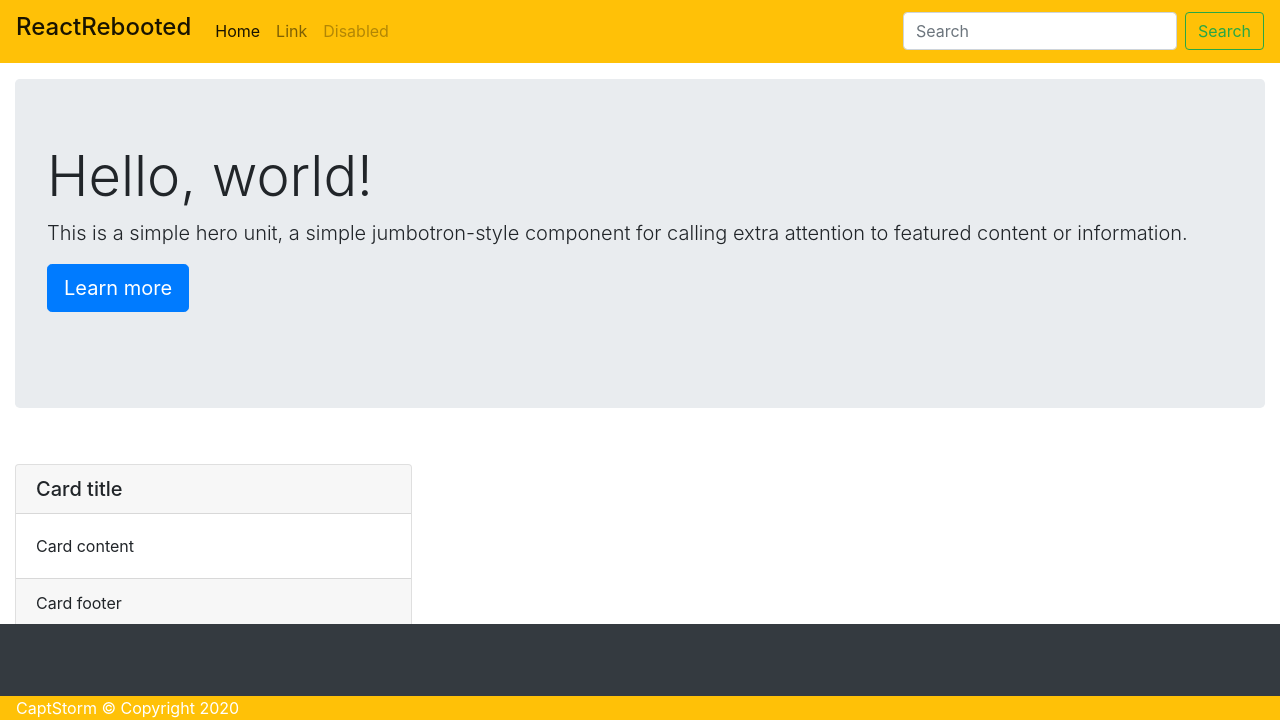
Repository: CaptainStorm21/complete-react16-bootstrap-passing-props
Page: /
The author's editor kept a copy of each file at every save. The page is drawn from the files as they stood at one save, then again after a run of saves.
The browser window is 1280 px wide. The pictures show the whole page.
The project was rebuilt for these pictures with package versions that can differ from the ones it lists, and the page was loaded fresh each time. Also part of the build but not shown: src/components/layout/Nav.css.

Above is the page before, as saved 2020-04-23 21:24:21.

### public/index.html
<!DOCTYPE html>
<html lang="en">
<head>
  <title>Bootstrap Example</title>
  <meta charset="utf-8">
  <meta name="viewport" content="width=device-width, initial-scale=1">
  <link rel="stylesheet" href="https://maxcdn.bootstrapcdn.com/bootstrap/4.4.1/css/bootstrap.min.css">
  <script src="https://ajax.googleapis.com/ajax/libs/jquery/3.4.1/jquery.min.js"></script>
  <script src="https://cdnjs.cloudflare.com/ajax/libs/popper.js/1.16.0/umd/popper.min.js"></script>
  <script src="https://maxcdn.bootstrapcdn.com/bootstrap/4.4.1/js/bootstrap.min.js"></script>
</head>
<body>
<div id="root"></div>

</body>
</html>

### src/index.js
import React from 'react';
import ReactDOM from 'react-dom';
import './style.css';
import App from './App';
import * as serviceWorker from './serviceWorker';


ReactDOM.render(
  <React.StrictMode>
    <App />
  </React.StrictMode>,
  document.getElementById('root')
);

// If you want your app to work offline and load faster, you can change
// unregister() to register() below. Note this comes with some pitfalls.
// Learn more about service workers: https://bit.ly/CRA-PWA
serviceWorker.unregister();

### src/style.css




body {
  margin: 0;
  font-family: -apple-system, BlinkMacSystemFont, 'Segoe UI', 'Roboto', 'Oxygen',
    'Ubuntu', 'Cantarell', 'Fira Sans', 'Droid Sans', 'Helvetica Neue',
    sans-serif;
  -webkit-font-smoothing: antialiased;
  -moz-osx-font-smoothing: grayscale;
}

.footer {
  position: absolute;
  bottom: 0;
  width: 100%;
  height: 60px; /* Set the fixed height of the footer here */
  line-height: 60px; /* Vertically center the text there */
  background-color: purple;
}

### src/App.js
import React from "react";
import Main from "./components/Main";
import ContanerCard from "./components/ContainerCard";

import Header from "./components/layout/Header";
import Footer from "./components/layout/Footer";

function App() {
  return (
    <div>
      <Header />
      <div classNameName="container-fluid">
        <div className="col-lg-12 py-3">
          <Main />
        </div>
        <div className="container-fluid">
          <div className="row">
            <ContanerCard author = "Alexandre Dumas"  title="Black Tullp"  descripton="The story begins with a historical event—the 1672 lynching of the Dutch Grand Pensionary (roughly equivalent to a modern Prime Minister) Johan de Witt and his brother Cornelis, by a wild mob of their own countrymen—considered by many as one of the most painful episodes in Dutch history, described by Dumas with a dramatic intensity." />
          </div>
        </div>
        <Footer />
      </div>
    </div>
  );
}

export default App;

### src/components/Main.js
import React from "react";

function Main() {
  return (
    <div className="jumbotron">
      <h1 className="display-4">Hello, world!</h1>
      <p className="lead">
        This is a simple hero unit, a simple jumbotron-style component for
        calling extra attention to featured content or information.
        <p className = "py-3">
        <a className="btn btn-primary btn-lg" href="#" role="button">
          Learn more
        </a>
        </p>
      </p>
    </div>
  );
}

export default Main;

### src/components/ContainerCard.js
import React from "react";

function ContainerCard() {
  return (
    <div className="col-md-4 col-lg-4 py-2">
    <div className="card">
      <h5 className="card-header">Card title</h5>
      <div className="card-body">
        <p className="card-text">Card content</p>
      </div>
      <div className="card-footer">Card footer</div>
    </div>
    </div>
  );
}

export default ContainerCard;

### src/components/layout/Header.js
import React from "react";
import Navbar from "./Navbar";

function Header() {
  return (
    <nav className="navbar navbar-expand-lg navbar-light bg-warning">
              <Navbar />
    </nav>
  );
}

export default Header;

### src/components/layout/Footer.js
import React from "react";

function Footer() {
  return (
    <footer className="bg-dark py-5 fixed-bottom ">
      <div className="container"></div>
      <div className="container-fluid">
        <div className="row bg-info">
        <div className="bg-warning fixed-bottom">
          <span className="p-3 text-white">
            CaptStorm &copy; Copyright 2020
          </span>
        </div>        </div>
      </div>
    </footer>
  );
}

export default Footer;

### src/components/layout/Navbar.js
import React from "react";
import "./Nav.css";

function Navbar() {
  return (
    <>
 <a className="navbar-brand" href="#"><h4>ReactRebooted</h4></a>
  <button className="navbar-toggler" type="button" data-toggle="collapse" data-target="#navbarTogglerDemo02" aria-controls="navbarTogglerDemo02" aria-expanded="false" aria-label="Toggle navigation">
    <span className="navbar-toggler-icon"></span>
  </button>

  <div className="collapse navbar-collapse" id="navbarTogglerDemo02">
    <ul className="navbar-nav mr-auto mt-2 mt-lg-0">
      <li className="nav-item active">
        <a className="nav-link" href="#">Home <span className="sr-only">(current)</span></a>
      </li>
      <li className="nav-item">
        <a className="nav-link" href="#">Link</a>
      </li>
      <li className="nav-item">
        <a className="nav-link disabled" href="#" tabindex="-1" aria-disabled="true">Disabled</a>
      </li>
    </ul>
    <form className="form-inline my-2 my-lg-0 ">
      <input className="form-control mr-sm-2" type="search" placeholder="Search" />
      <button className="btn btn-outline-success my-2 my-sm-0" type="submit">Search</button>
    </form>
    </div>
        </>

  );
}

export default Navbar;

Loaded but not shown: src/serviceWorker.js (common file)

After the next 3 saves:
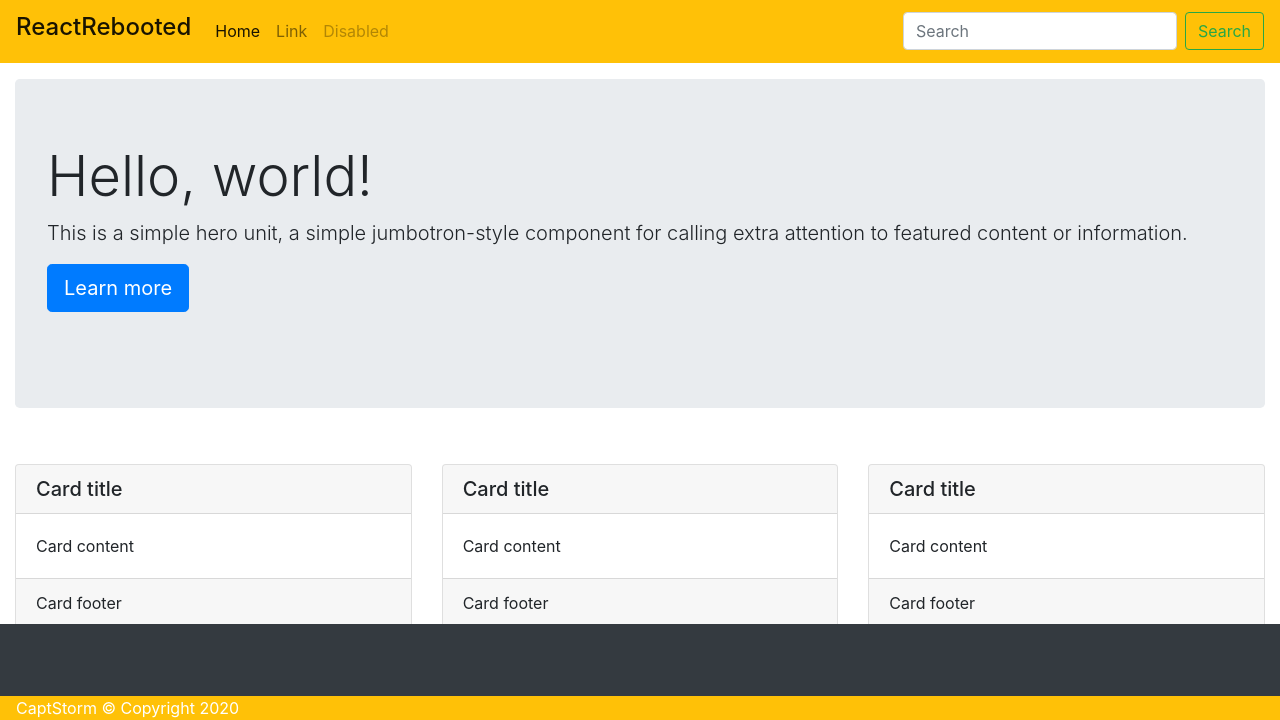
The 3 saves are shown as one change because they came seconds apart.
The last was saved 13 s later.
--- a/src/App.js
+++ b/src/App.js
@@ -16,6 +16,9 @@ function App() {
         <div className="container-fluid">
           <div className="row">
             <ContanerCard author = "Alexandre Dumas"  title="Black Tullp"  descripton="The story begins with a historical event—the 1672 lynching of the Dutch Grand Pensionary (roughly equivalent to a modern Prime Minister) Johan de Witt and his brother Cornelis, by a wild mob of their own countrymen—considered by many as one of the most painful episodes in Dutch history, described by Dumas with a dramatic intensity." />
+            <ContanerCard author = "Alexandre Dumas"  title="Black Tullp"  descripton="The story begins with a historical event—the 1672 lynching of the Dutch Grand Pensionary (roughly equivalent to a modern Prime Minister) Johan de Witt and his brother Cornelis, by a wild mob of their own countrymen—considered by many as one of the most painful episodes in Dutch history, described by Dumas with a dramatic intensity." />
+            <ContanerCard author = "Alexandre Dumas"  title="Black Tullp"  descripton="The story begins with a historical event—the 1672 lynching of the Dutch Grand Pensionary (roughly equivalent to a modern Prime Minister) Johan de Witt and his brother Cornelis, by a wild mob of their own countrymen—considered by many as one of the most painful episodes in Dutch history, described by Dumas with a dramatic intensity." />
+
           </div>
         </div>
         <Footer />
